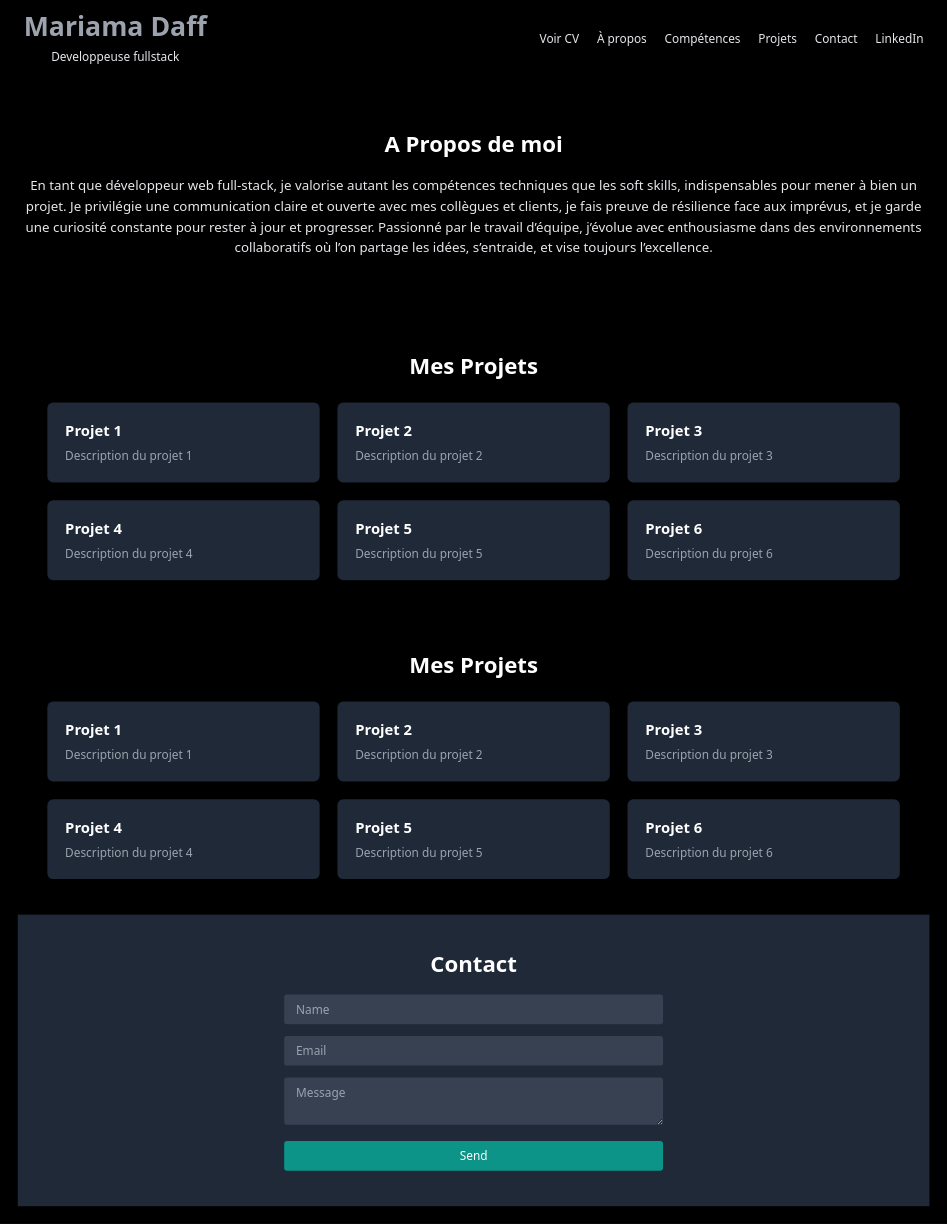
Repository: mariamdaff/Projets_Perso
Page: / (app in mon_portfolio/)
An editor plug-in stored every save of this project. The page is shown before and after the next save, followed by the edit.
The browser window is 1280 px wide. The pictures show the whole page, at 74% of full size.
The project was rebuilt for these pictures with package versions that can differ from the ones it lists, and the page was loaded fresh each time. Also part of the build but not shown: mon_portfolio/vite.config.js.

Above is the page before, as saved 2025-04-20 15:41:21.

After the next save:
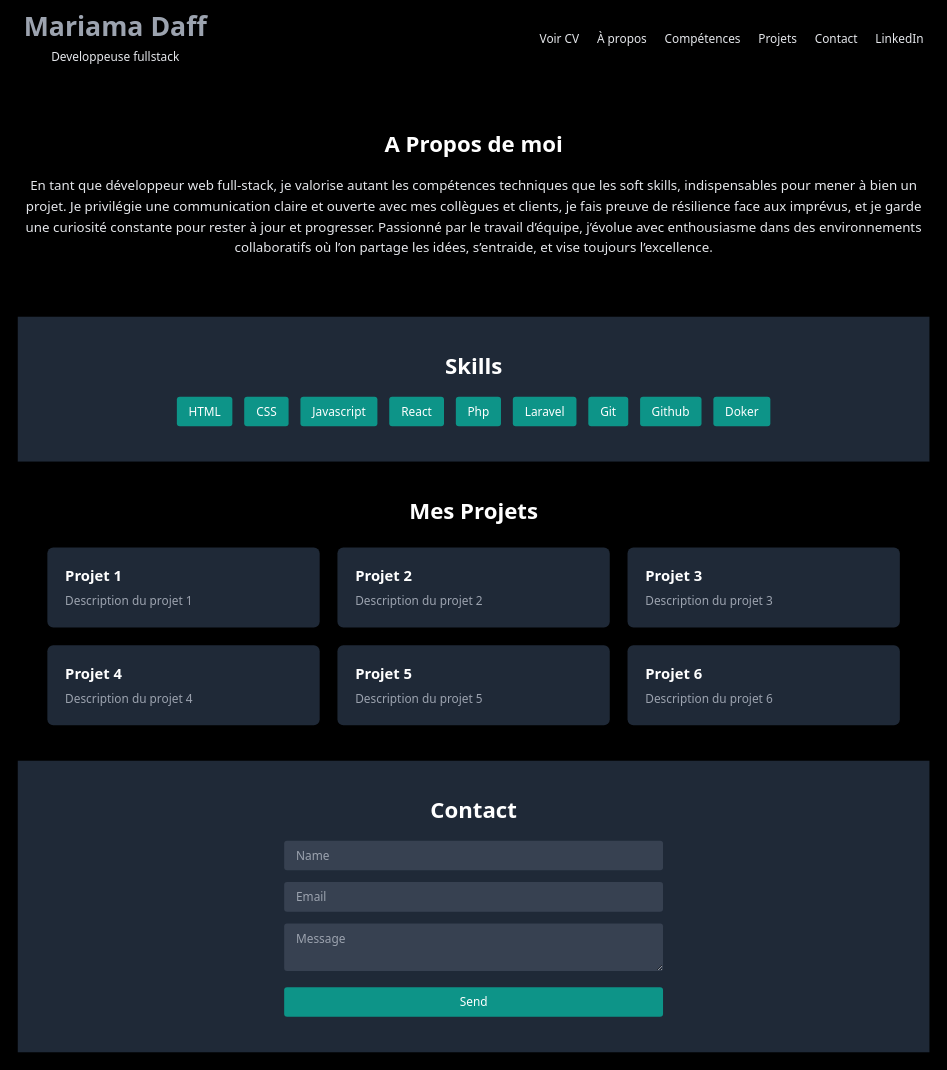
Saved 26 s later.
--- a/mon_portfolio/src/components/skills/Skills.jsx
+++ b/mon_portfolio/src/components/skills/Skills.jsx
@@ -1,31 +1,21 @@
 import React from 'react';
+const Skills = () =>{
+    return(
+        <section className="py-12 text-center bg-gray-800">
+        <h2 className="text-3xl font-semibold mb-6">Skills</h2>
+        <div className="space-x-4">
+        <button className="bg-teal-600 px-4 py-2 rounded">HTML</button>
+        <button className="bg-teal-600 px-4 py-2 rounded">CSS</button>
+        <button className="bg-teal-600 px-4 py-2 rounded">Javascript</button>
+        <button className="bg-teal-600 px-4 py-2 rounded">React</button>
+        <button className="bg-teal-600 px-4 py-2 rounded">Php</button>
+        <button className="bg-teal-600 px-4 py-2 rounded">Laravel</button>
+        <button className="bg-teal-600 px-4 py-2 rounded">Git</button>
+        <button className="bg-teal-600 px-4 py-2 rounded">Github</button>
+        <button className="bg-teal-600 px-4 py-2 rounded">Doker</button>
+        </div>
+        </section>
+    );
 
-const Projets = () => {
-  const projets = [
-    { id: 1, titre: 'Projet 1', description: 'Description du projet 1' },
-    { id: 2, titre: 'Projet 2', description: 'Description du projet 2' },
-    { id: 3, titre: 'Projet 3', description: 'Description du projet 3' },
-    { id: 4, titre: 'Projet 4', description: 'Description du projet 4' },
-    { id: 5, titre: 'Projet 5', description: 'Description du projet 5' },
-    { id: 6, titre: 'Projet 6', description: 'Description du projet 6' },
-  ];
-
-  return (
-    <section className="py-12 px-4 bg-black text-white">
-      <h2 className="text-3xl font-bold mb-8 text-center">Mes Projets</h2>
-      <div className="grid grid-cols-1 sm:grid-cols-2 lg:grid-cols-3 gap-6 max-w-6xl mx-auto">
-        {projets.map((projet) => (
-          <div
-            key={projet.id}
-            className="bg-gray-800 p-6 rounded-lg shadow-lg hover:scale-105 transition"
-          >
-            <h3 className="text-xl font-semibold mb-2">{projet.titre}</h3>
-            <p className="text-gray-400">{projet.description}</p>
-          </div>
-        ))}
-      </div>
-    </section>
-  );
 };
-
-export default Projets;
+export default Skills;
